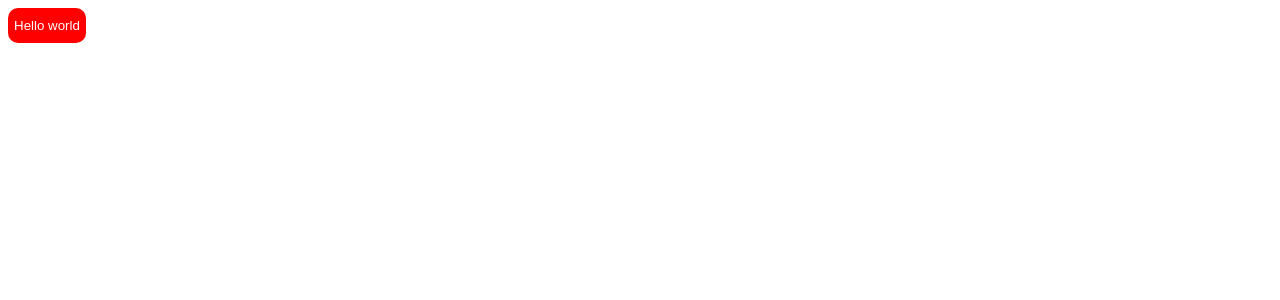
Repository: knowledgeAlan/css-lession-one
Page: button.html
An editor plug-in stored every save of this project. The page is shown before and after the next save, followed by the edit.
The browser window is 1280 px wide. The pictures show the whole page.
The pointer rests on the first visible `.buttonClass`.

Above is the page before, as saved 2023-12-26 19:41:49.

### button.html
<!DOCTYPE html>
<html>
    <head>

        <link rel="stylesheet" href="css/style.css" type="text/css" />
    </head>
    <body>
        <button class="buttonClass" >
            Hello world
        </button>
    </body>
</html>

### css/style.css
.buttonClass{
    background-color: red;
    border-width: 0;
    padding-top: 10px;
    padding-bottom: 10px;
    color: white;
    border-radius: 10px;
    cursor: pointer;
}

After the next save:
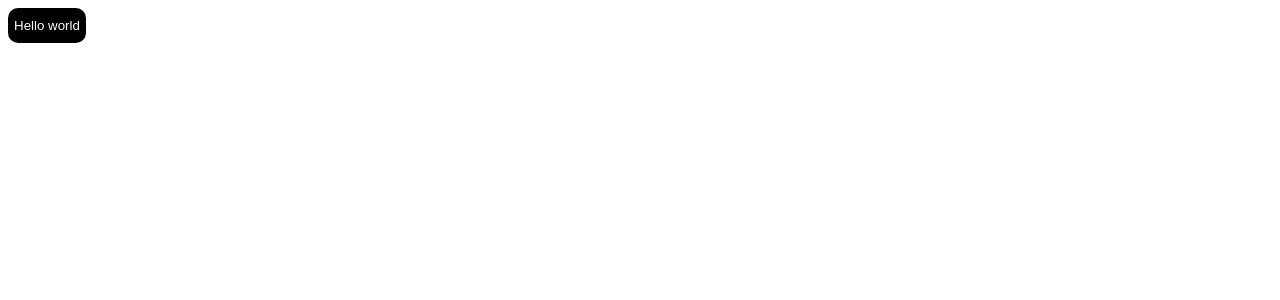
Saved 20 s later.
--- a/css/style.css
+++ b/css/style.css
@@ -7,3 +7,7 @@
     border-radius: 10px;
     cursor: pointer;
 }
+
+.buttonClass:hover{
+    background-color: black;
+}
